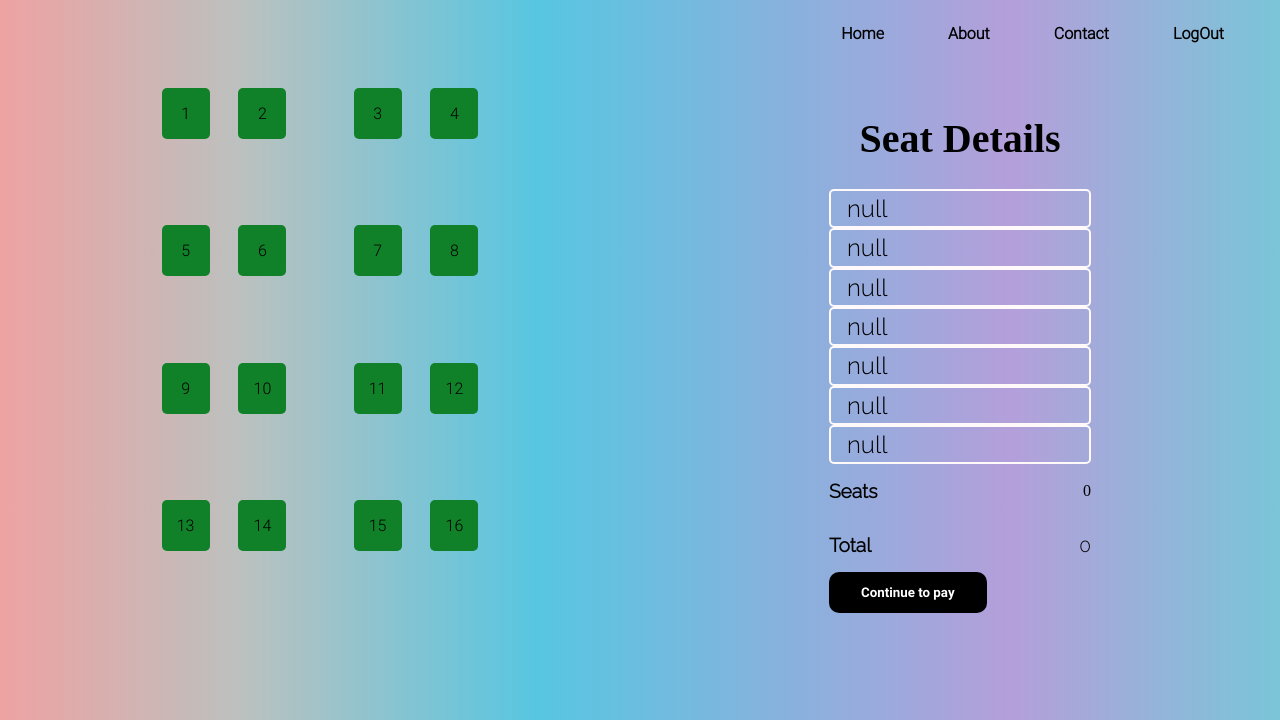
Repository: Savindushehan/RouteMaster-Group-project
Page: http://localhost/RouterMaster/UpdateBooking.jsp
The author's editor kept a copy of each file at every save. The page is drawn from the files as they stood at one save, then again after the next save.
The browser window is 1280 px wide. The pictures show the whole page.
The page is served by Tomcat 10.

Above is the page before, as saved 2023-10-27 06:11:09.

After the next save:
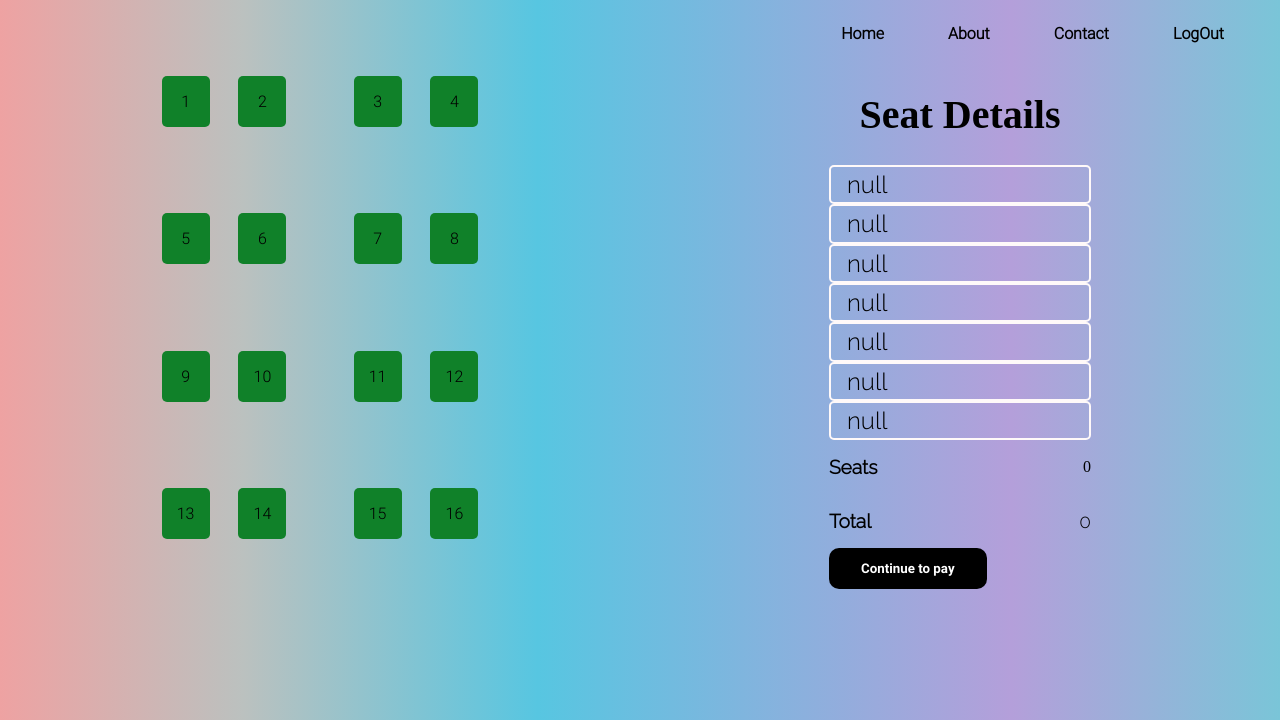
Saved 12 s later.
--- a/RouteMaster/RouterMaster/src/main/webapp/UpdateBooking.jsp
+++ b/RouteMaster/RouterMaster/src/main/webapp/UpdateBooking.jsp
@@ -124,7 +124,7 @@
         h1{
           font-size: 2.5rem;
           text-align: center;
-          margin-top: 3rem;
+          margin-top: 1.5rem;
         }
         h2{
             font-size: 1.2rem;
